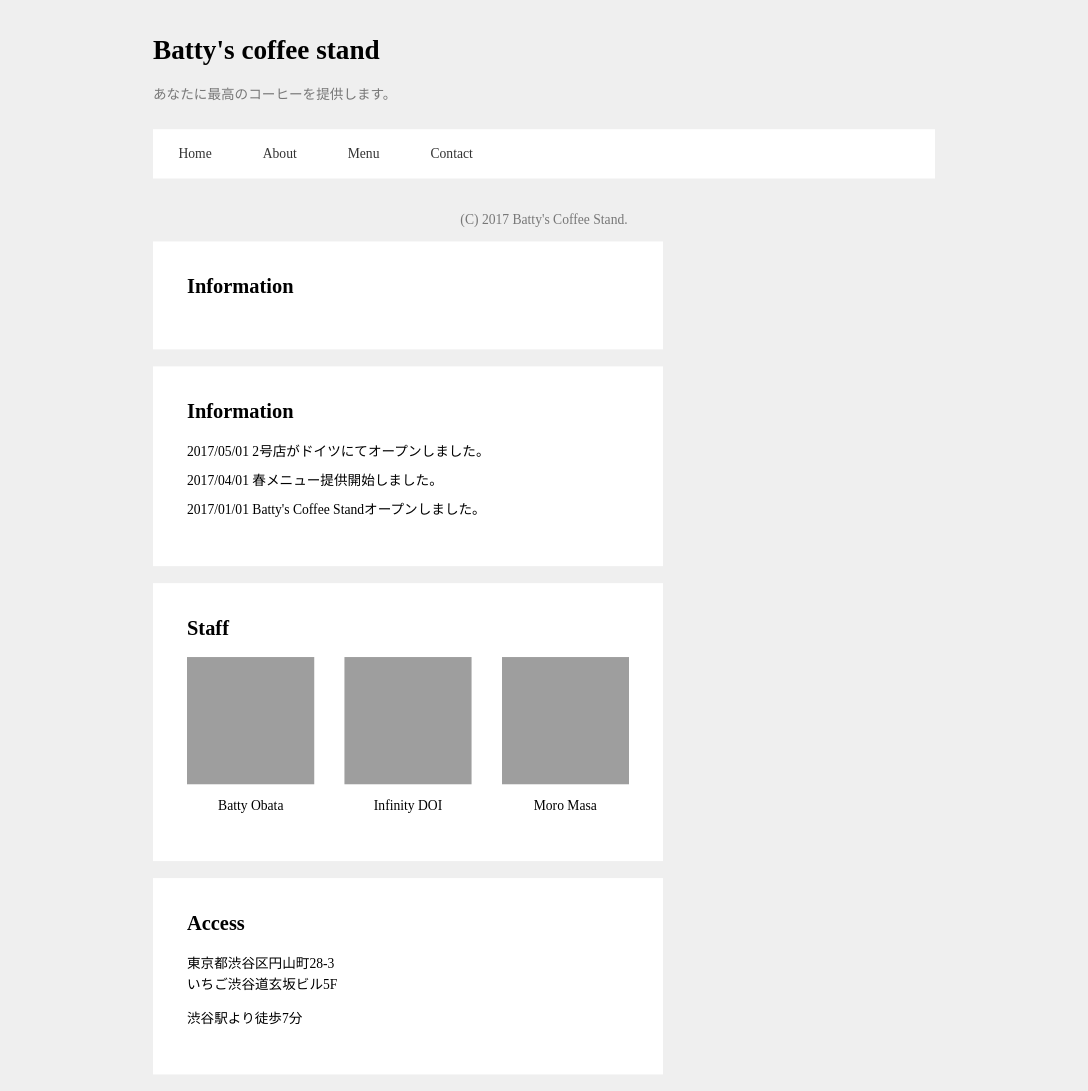
Repository: KawashimaRyuma/mynews
Page: html/batty_coffee_stand/index.html
The author's editor kept a record of every edit. The page is drawn from the files as they stood at one moment, then again after the next edit.
The browser window is 1280 px wide. The pictures show the whole page, at 85% of full size.
Pictures or frames that could not be fetched are drawn as grey boxes.

Above is the page before.

After the next edit:
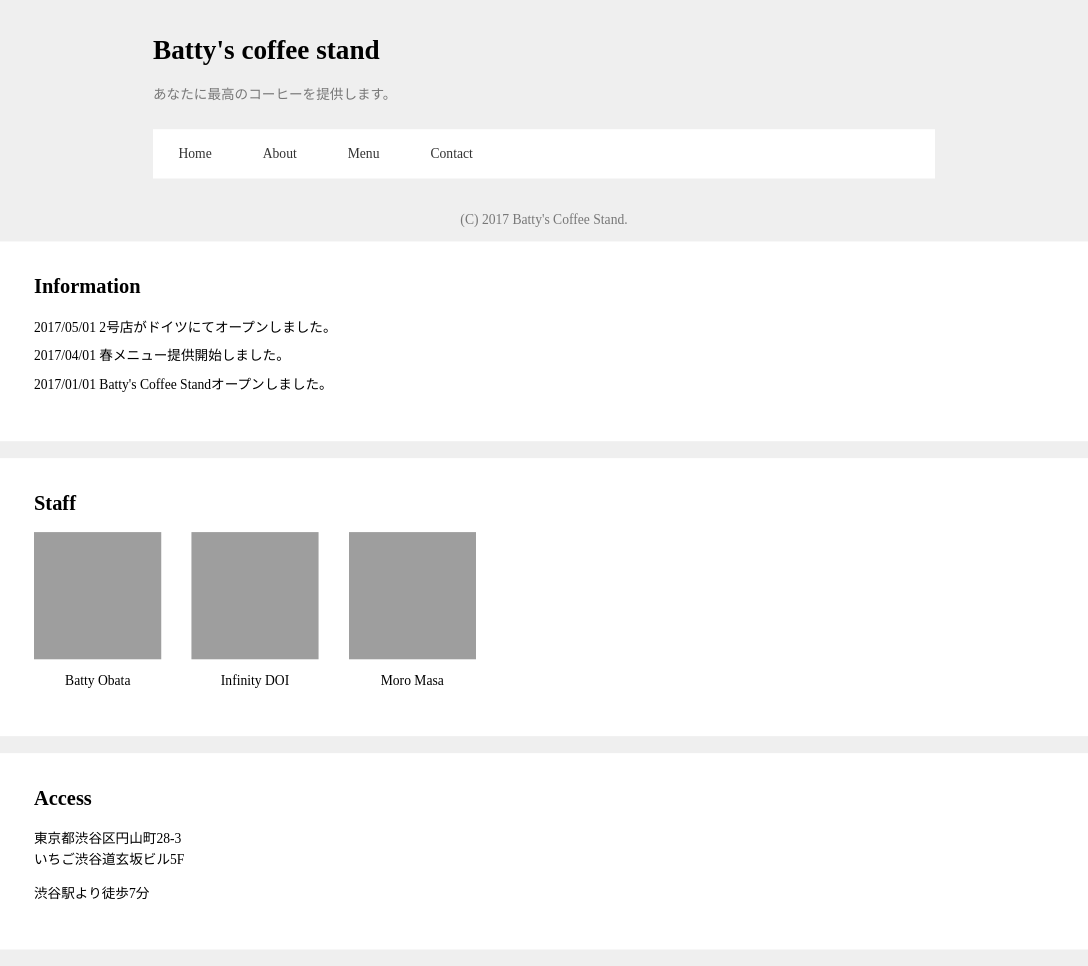
The edit:
--- a/html/batty_coffee_stand/index.html
+++ b/html/batty_coffee_stand/index.html
@@ -26,11 +26,7 @@
   <footer>
   <p class="copyright">(C) 2017 Batty's Coffee Stand.</p>
 </footer>
-  <div class="container">
-    <div class="left-contents">
-    <div class="card-contents">
-      <h2 class="text-title">Information</h2>
-    </div>
+
     <div class="card-contents">
   <h2 class="text-title">Information</h2>
   <ul class="information-list">
